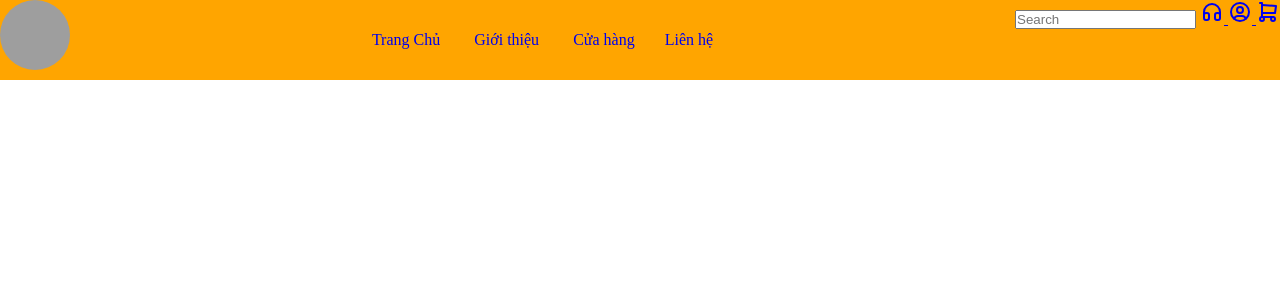
Repository: manhhieu120499/test-page
Page: index.html
An editor plug-in stored every save of this project. The page is shown before and after a run of saves, followed by the edit.
The browser window is 1280 px wide. The pictures show the whole page.
Pictures or frames that could not be fetched are drawn as grey boxes.

Above is the page before, as saved 2023-01-11 22:48:53.

After the next 4 saves:
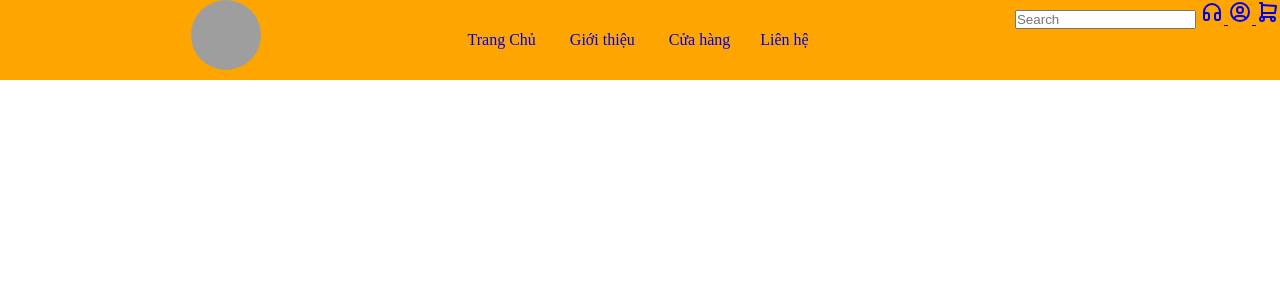
The 4 saves are shown as one change because they came seconds apart.
The last was saved 59 s later.
--- a/index.html
+++ b/index.html
@@ -11,6 +11,9 @@
 
 <body>
     <div id="header">
+        <div class="left-sidebar">
+
+        </div>
         <a href="#" class="logo">
             <img src="https://t3.ftcdn.net/jpg/03/02/36/70/360_F_302367092_vmqO9rSPmluZJFuOFFNzjGwimbChoIAZ.jpg" alt="logo-shop">
         </a>
